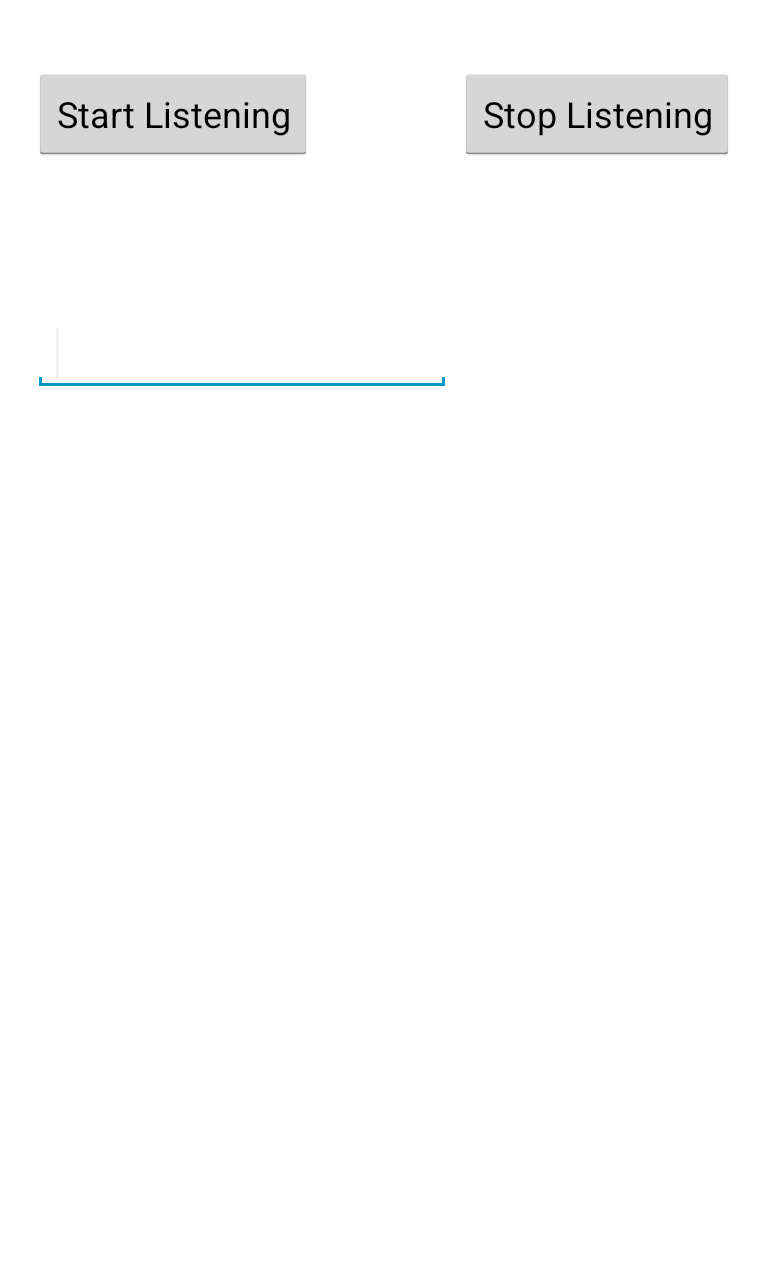
Repository: kmcgain/AutoVolume
Layout: AutoVolume/res/layout/activity_main.xml
These files come from the project's save history. The layout is drawn as it stood at one moment and after the next save; the edit follows.
It is drawn on a 768 x 1280 px phone screen (xhdpi) without system bars, with theme AppTheme; the app's code is not run.

Above is the layout before, as saved 2014-01-13 10:05:45.

### AutoVolume/res/layout/activity_main.xml
<RelativeLayout xmlns:android="http://schemas.android.com/apk/res/android"
    xmlns:tools="http://schemas.android.com/tools"
    android:layout_width="match_parent"
    android:layout_height="match_parent"
    android:paddingBottom="@dimen/activity_vertical_margin"
    android:paddingLeft="@dimen/activity_horizontal_margin"
    android:paddingRight="@dimen/activity_horizontal_margin"
    android:paddingTop="@dimen/activity_vertical_margin"
    tools:context=".MainActivity" >

    <Button
        android:id="@+id/button3"
        android:layout_width="wrap_content"
        android:layout_height="wrap_content"
        android:layout_marginTop="17dp"
        android:onClick="startListening_Click"
        android:text="Start Listening" />

    <Button
        android:id="@+id/button4"
        android:layout_width="wrap_content"
        android:layout_height="wrap_content"
        android:layout_alignBaseline="@+id/button3"
        android:layout_alignBottom="@+id/button3"
        android:layout_alignParentRight="true"
        android:onClick="stopListening_Click"
        android:text="Stop Listening" />

    <EditText
        android:id="@+id/ampDisplay"
        android:layout_width="wrap_content"
        android:layout_height="wrap_content"
        android:layout_alignLeft="@+id/button3"
        android:layout_below="@+id/button3"
        android:layout_marginTop="76dp"
        android:ems="10" >

        <requestFocus />
    </EditText>

    <!--
   <LinearLayout android:orientation="vertical"
   android:layout_width="fill_parent"
   android:layout_height="250dip"
   android:id="@+id/graph1"
   android:layout_marginTop="150dp"/>
    -->

</RelativeLayout>

Loaded but not shown: AutoVolume/res/values/styles.xml (common file); AutoVolume/res/values-v11/styles.xml (common file); AutoVolume/res/values-v14/styles.xml (common file); AutoVolume/res/values/dimens.xml (common file)

After the next save:
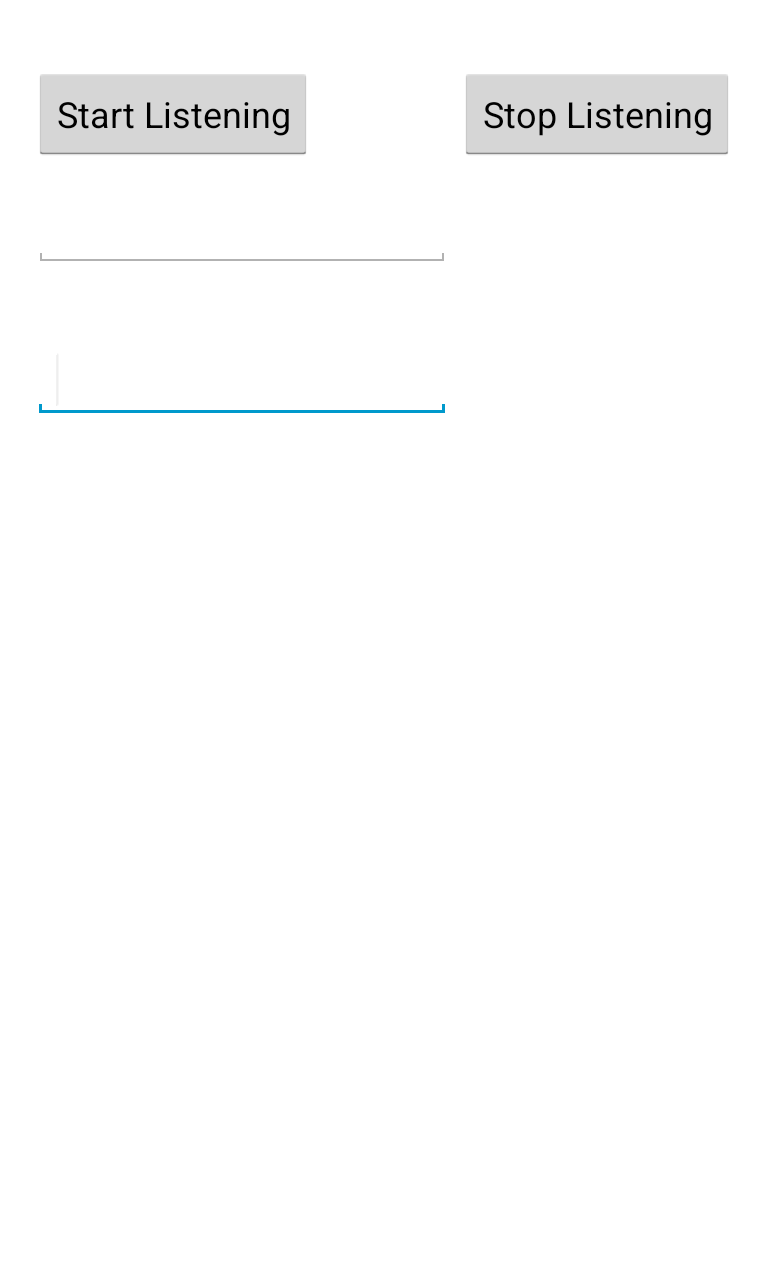
Saved 44 s later.
--- a/AutoVolume/res/layout/activity_main.xml
+++ b/AutoVolume/res/layout/activity_main.xml
@@ -26,18 +26,6 @@
         android:onClick="stopListening_Click"
         android:text="Stop Listening" />
 
-    <EditText
-        android:id="@+id/ampDisplay"
-        android:layout_width="wrap_content"
-        android:layout_height="wrap_content"
-        android:layout_alignLeft="@+id/button3"
-        android:layout_below="@+id/button3"
-        android:layout_marginTop="76dp"
-        android:ems="10" >
-
-        <requestFocus />
-    </EditText>
-
     <!--
    <LinearLayout android:orientation="vertical"
    android:layout_width="fill_parent"
@@ -46,4 +34,25 @@
    android:layout_marginTop="150dp"/>
     -->
 
+    <EditText
+        android:id="@+id/ampDisplay"
+        android:layout_width="wrap_content"
+        android:layout_height="wrap_content"
+        android:layout_alignLeft="@+id/button3"
+        android:layout_below="@+id/button3"
+        android:layout_marginTop="14dp"
+        android:ems="10" />
+
+    <EditText
+        android:id="@+id/editText1"
+        android:layout_width="wrap_content"
+        android:layout_height="wrap_content"
+        android:layout_alignLeft="@+id/ampDisplay"
+        android:layout_below="@+id/ampDisplay"
+        android:layout_marginTop="36dp"
+        android:ems="10" >
+
+        <requestFocus />
+    </EditText>
+
 </RelativeLayout>
